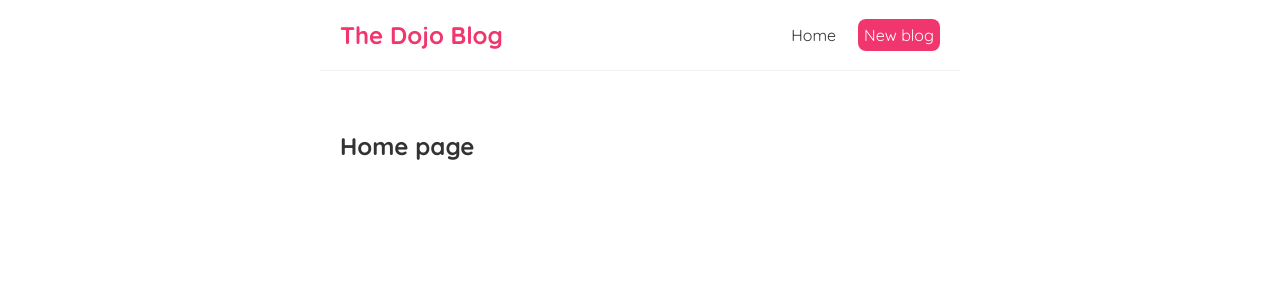
Repository: Samkiroko/full-reacr-ninja
Page: /
An editor plug-in stored every save of this project. The page is shown before and after the next save, followed by the edit.
The browser window is 1280 px wide. The pictures show the whole page.
The project was rebuilt for these pictures with package versions that can differ from the ones it lists, and the page was loaded fresh each time.

Above is the page before, as saved 2021-07-19 17:26:43.

### src/index.css
@import url('https://fonts.googleapis.com/css2?family=Quicksand:wght@300;400;500;600;700&display=swap');

/* base styles */

* {
    margin: 0;
    font-family: 'Quicksand';
    color: #333;
}

.navbar {
    padding: 20px;
    display: flex;
    align-items: center;
    max-width: 600px;
    margin: 0 auto;
    border-bottom: 1px solid #f2f2f2;
}

.navbar h1 {
    color: #f1356d;
}

.navbar .links {
    margin-left: auto;
}

.navbar a {
    margin-left: 16px;
    text-decoration: none;
    padding: 6px;
}

.navbar a:hover {
    color: #f1356d;
}

.content {
    max-width: 600px;
    margin: 40px auto;
    padding: 20px;
}

### src/App.js
import Home from './Home'
import Navbar from './Navbar'

function App() {
  return (
    <div className='App'>
      <Navbar />
      <div className='content'>
        <Home />
      </div>
    </div>
  )
}

export default App

### src/Home.js
const Home = () => {
  return (
    <div className='home'>
      <h2>Home page</h2>
    </div>
  )
}

export default Home

### src/Navbar.js
import React from 'react'

const Navbar = () => {
  return (
    <nav className='navbar'>
      <h1>The Dojo Blog</h1>
      <div className='links'>
        <a href='/'>Home</a>

        <a
          href='/create'
          style={{
            color: 'white',
            backgroundColor: '#f1356d',
            borderRadius: '8px ',
          }}>
          New blog
        </a>
      </div>
    </nav>
  )
}

export default Navbar

Loaded but not shown: public/index.html (common file); src/index.js (common file)

After the next save:
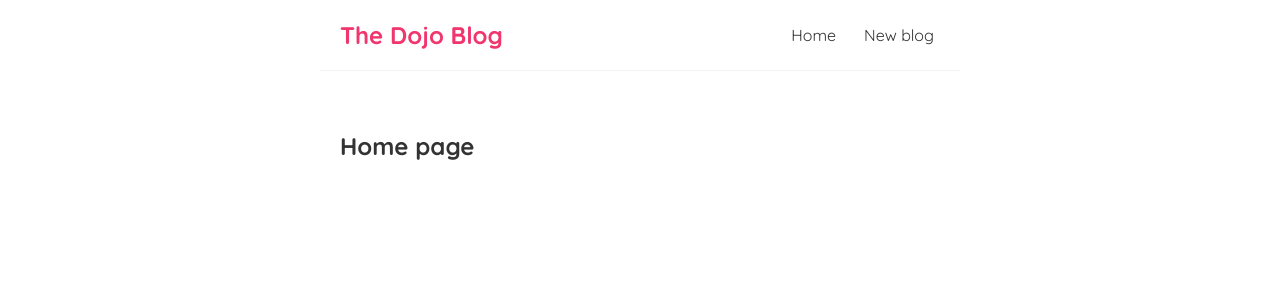
Saved 40 s later.
--- a/src/Navbar.js
+++ b/src/Navbar.js
@@ -7,15 +7,7 @@ const Navbar = () => {
       <div className='links'>
         <a href='/'>Home</a>
 
-        <a
-          href='/create'
-          style={{
-            color: 'white',
-            backgroundColor: '#f1356d',
-            borderRadius: '8px ',
-          }}>
-          New blog
-        </a>
+        <a href='/create'>New blog</a>
       </div>
     </nav>
   )
